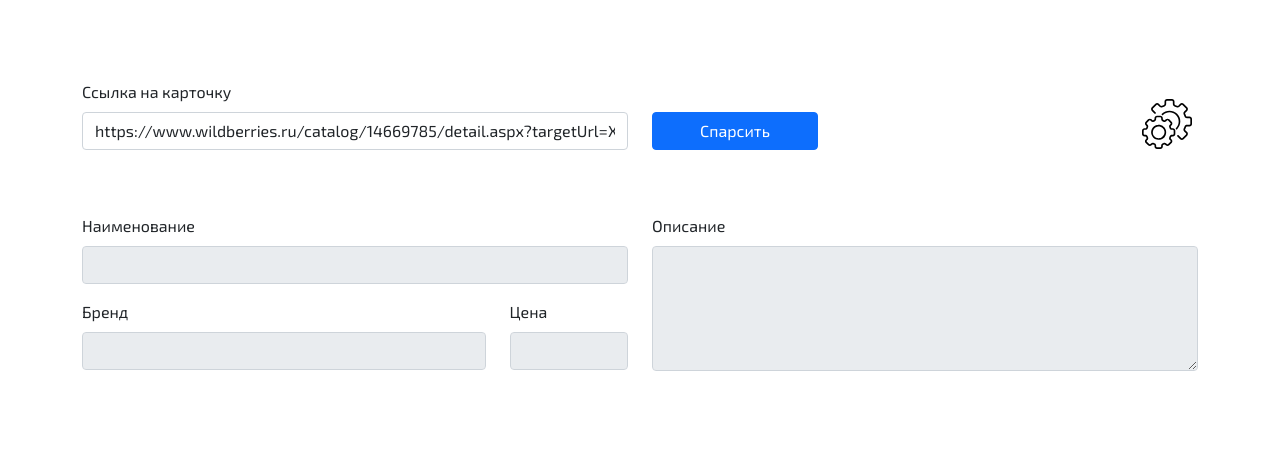
Repository: yozuul/wildberries-product-card-parser-api-exchange
Page: public/panel.html
These files come from the project's save history. The page is drawn as it stood at one moment and after the next save; the edit follows.
The browser window is 1280 px wide. The pictures show the whole page.

Above is the page before, as saved 2021-08-22 19:13:13.

### public/panel.html
<!DOCTYPE html>
<html lang="en">

<head>
   <meta charset="UTF-8">
   <meta http-equiv="X-UA-Compatible" content="IE=edge">
   <meta name="viewport" content="width=device-width, initial-scale=1.0">
   <title>Document</title>
   <link href="https://cdn.jsdelivr.net/npm/bootstrap@5.1.0/dist/css/bootstrap.min.css" rel="stylesheet"
      integrity="sha384-KyZXEAg3QhqLMpG8r+8fhAXLRk2vvoC2f3B09zVXn8CA5QIVfZOJ3BCsw2P0p/We" crossorigin="anonymous">
   <link rel="stylesheet" href="style.css">
</head>

<body>
   <div class="sidebar">
      <!-- <button type="button" class="btn_my mt-2" data-bs-toggle="modal" data-bs-target="#users"><img
            src="images/users.svg" width="50" height="50">
      </button> -->
   </div>
   <div class="modal fade" id="settings" tabindex="-1" aria-labelledby="settingsLabel" aria-hidden="true">
      <div class="modal-dialog">
         <div class="modal-content">
            <div class="modal-header">
               <h5 class="modal-title" id="settingsLabel">Токен API</h5>
               <button type="button" class="btn-close" data-bs-dismiss="modal" aria-label="Закрыть"></button>
            </div>
            <div class="modal-body">
               <form>
                  <div class="mb-3">
                     <textarea type="text" class="form-control" id="token">eyJhbGciOiJIUzI1NiIsInR5cCI6IkpXVCJ9.eyJhY2Nlc3NJRCI6IjU1YzNkMzE2LTExMzYtNGMwYi04MmY5LTY2NTMzZDMzZTNiMyJ9.r1vgQ-uEi4mcr1wizeFSqBRZazao4H34TLrjs3Msch8</textarea>
                  </div>
                  <div>
                     Можно сгенерировать в личном кабинете.<br/>Мой профиль => <a href="https://seller.wildberries.ru/supplier-settings/access-to-new-api">Доступ к новому API</a>
                  </div>
               </form>
            </div>
            <div class="modal-footer">
               <button type="button" class="btn btn-secondary" data-bs-dismiss="modal">Закрыть</button>
               <button type="button" class="btn btn-primary" id="saveToken">Сохранить</button>
            </div>
         </div>
      </div>
   </div>
   <div class="container">
      <div class="row align-items-end">
         <div class="mb-3 col-6">
            <label for="cardProductURL" class="form-label">Ссылка на карточку</label>
            <input type="text" class="form-control" id="cardProductURL"
               value="https://www.wildberries.ru/catalog/14669785/detail.aspx?targetUrl=XS">
         </div>
         <div class="col-2 mb-3">
            <button id="parseCard" class="btn btn-primary col-12">
               <span id="parseCard_inactive">Спарсить</span>
               <div id="parseCard_active" class="spinner dn">
                  <span class="sr-only">Парсим</span>
                  <span class="spinner-grow spinner-grow-sm" role="status" aria-hidden="true"></span>
               </div>
            </button>
         </div>
         <div class="col-2 mb-3">
            <button id="saveCard" class="btn btn-success col-12 dn">
               <span id="saveCard_inactive">Добавить</span>
               <div id="saveCard_active" class="spinner dn">
                  <span class="sr-only">Добавляем</span>
                  <span class="spinner-grow spinner-grow-sm" role="status" aria-hidden="true"></span>
               </div>
            </button>
         </div>
         <div class="col-2 mb-3 d-flex justify-content-end">
            <button type="button" class="btn_my mb-6" data-bs-toggle="modal" data-bs-target="#settings"><img
               src="images/settings.svg" width="50" height="50">
         </button>
         </div>
      </div>
   </div>
   <form class="container mt-5">
      <div class="row">
         <div class="col">
            <!-- Если категория найдена -->
            <div class="mb-3">
               <label for="productName" class="form-label">Наименование</label>
               <input type="text" class="form-control" id="productName" readonly>
            </div>
            <div id="productExtras_wrapper" class="row dn">
               <div class="col-12  mb-3">
                  <label for="productCategory" class="form-label">Категория</label>
                  <select id="productCategory" class="form-select"></select>
               </div>
               <div class="col-12  mb-3">
                  <label for="productTnved" class="form-label">ТНВЭД</label>
                  <select id="productTnved" class="form-select"></select>
               </div>
            </div>
            <!-- Если категория не найдена -->
            <div id="productExtrasNotFound_wrapper" class="row dn">
               <div class="col-12  mb-3">
                  <label for="searchProductCategory" class="form-label">Поиск категории</label>
                  <input type="text" class="form-control" id="searchProductCategory">
               </div>
               <div class="col-12  mb-3">
                  <label for="searchProductTnved" class="form-label">ТНВЭД</label>
                  <input type="text" class="form-control" id="searchProductTnved" readonly>
               </div>
            </div>
            <div class="row mb-3">
               <div class="col-9">
                  <label for="productBrand" class="form-label">Бренд</label>
                  <input type="text" class="form-control" id="productBrand" readonly>
               </div>
               <div class="col-3">
                  <label for="productTnved" class="form-label">Цена</label>
                  <input type="text" class="form-control" id="productPrice" readonly>
               </div>
            </div>
            <div id="productImages_wrapper" class="mb-3 dn">
               <label for="productImages" class="form-label">Изображения</label>
               <div id="productImages" class="row"></div>
            </div>
         </div>
         <div class="col">
            <div id="productConsist_wrapper" class="mb-3 dn">
               <label for="productConsist" class="form-label">Состав</label>
               <input type="text" class="form-control" id="productConsist">
            </div>
            <div class="mb-3">
               <label for="cardProductDesc" class="form-label">Описание</label>
               <textarea type="text" class="form-control" id="cardProductDesc" readonly></textarea>
            </div>
            <div id="productColor_wrapper" class="mb-3 dn">
               <label for="productColor" class="form-label">Цвет</label>
               <input type="text" class="form-control" id="productColor">
            </div>
            <div id="productParams_wrapper" class="mb-3 dn">
               <label class="form-label">Характеристики</label>
               <table id="productParams_table"></table>
            </div>
         </div>
      </div>
   </form>

   <!-- <div class="toast" role="alert" aria-live="assertive" aria-atomic="true">
      <div class="toast-header">
        <img src="..." class="rounded mr-2" alt="...">
        <strong class="mr-auto">Bootstrap</strong>
        <small>11 mins ago</small>
        <button type="button" class="ml-2 mb-1 close" data-dismiss="toast" aria-label="Close">
          <span aria-hidden="true">&times;</span>
        </button>
      </div>
      <div class="toast-body">
        Hello, world! This is a toast message.
      </div>
    </div> -->

    <script src="panel.js"></script>
    <script src="https://cdn.jsdelivr.net/npm/bootstrap@5.1.0/dist/js/bootstrap.bundle.min.js"
    integrity="sha384-U1DAWAznBHeqEIlVSCgzq+c9gqGAJn5c/t99JyeKa9xxaYpSvHU5awsuZVVFIhvj" crossorigin="anonymous">
   </script>
</body>

</html>

### public/style.css
@import url('https://fonts.googleapis.com/css2?family=Exo+2&display=swap');

* {
   font-family: 'Exo 2', sans-serif;
}

body {
   padding: 0;
   margin: 0;
   padding-bottom: 80px;
   padding-top: 80px;
}
.dn {
   display: none;
}
.parser_form_wrapper {
   margin-top: 50px;
}
#cardProductDesc {
   height: 125px;
}
#cardProductDesc.max_height_desc {
   height: 210px;
}
/* .imageItem {
   max-width: 100px;
   margin-right: 5px;
} */
.imageItem img {
   max-width: 100%;
   height: auto;
   margin-bottom: 20px;
   border: 1px solid #eee;
}
#productParams_table th {
   width: 60%;
   /* text-align: right;
   padding-right: 40px; */
}
#productParams_table td {
   width: 40%;
}
/* .productImages {
   display: flex;
} */
.btn_my {
   background: none;
   border: none;
   outline: none;
}
.sidebar {
   width: 60px;
   position: fixed;
   top: 90px;
   left: 10px;
}
#token {
   height: 90px;
   resize: none;
}
/* .productFormWrapper, .parseFormWrapper {
   max-width: 1200px;
   margin: auto;
   padding-top: 25px;
   padding-bottom: 25px;
}
.parseFormWrapper {
   border-bottom: 1px dotted #9999;
}
.productFormWrapper {
   display: flex;
}
.productFormWrapperLeft {
   margin-right: 50px;
}
.parseForm {
   display: flex;
   flex-wrap: wrap;
   max-width: 550px;
}
.parseForm input {
   width: 550px;
   margin-bottom: 20px;
}
.productForm {
}
.productForm input, .productForm textarea {
   width: 550px;
}
.productForm textarea {
   height: 100px;
   resize: none;
}
.parseFormWrapper p, .productFormWrapper p {
   margin-bottom: 8px;
   margin-top: 0;
}
.inputWrapper {
   margin-bottom: 15px;
} */

### public/panel.js
const query = (el) => document.querySelector(el)
const queryAll = (el) => document.querySelectorAll(el)

class Panel {
   constructor(api, button, element, input) {
      this.api = api
      this.button = button
      this.element = element
      this.input = input
   }

   waitParse() {
      this.parseButtonControl()
      this.addProductButtonControl()
   }

   addProductButtonControl() {
      this.button.saveCard.onclick = async () => {
         const updatedFields = this.getUpdatedFields()
         const objectData = this.prepareObjectData(this.parseData, updatedFields)
         const addCard = await this.apiFetch(this.api.addCard, objectData)
         console.log(objectData);
      }
   }

   prepareObjectData(parseData, updatedFields) {

      const params = parseData.details.params
      const cardData = {
         params: {
            card: [{
               countryProduction: params['Страна производства'],
               supplierVendorCode: parseData.extras.supplierVendorCode,
               object: parseData.cardProductName,
               addin: [{
                     type: 'Состав',
                     params: [{
                        value: 'Хлопок',
                        count: 80
                     }]
                  },
                  {
                     type: 'Тнвэд',
                     params: [{
                        value: updatedFields.productTnved.split('--')[0]
                     }]
                  },
                  {
                     type: 'Бренд',
                     params: [{
                        value: updatedFields.cardProductBrand
                     }]
                  },
                  {
                     type: 'Комплектация',
                     params: [{
                        value: params['Комплектация']
                     }]
                  },
                  {
                     type: 'Пол',
                     params: [{
                        value: params['Пол']
                     }]
                  },
                  {
                     type: 'Описание',
                     params: [{
                        value: updatedFields.cardProductDesc
                     }]
                  },
                  {
                     type: 'Ключевые слова',
                     params: [{
                        value: 'Худи'
                     }]
                  }
               ],
               nomenclatures: [{
                  vendorCode: Math.floor(Math.random() * 1000000000),
                  variations: [{
                     barcode: parseData.extras.barcode,
                     addin: [{
                           type: 'Розничная цена',
                           params: [{
                              count: parseInt(updatedFields.cardProductPrice)
                           }]
                        },
                        {
                           type: 'Размер',
                           params: [{
                              value: "56"
                           }]
                        },
                        {
                           type: 'Рос. размер',
                           params: [{
                              value: "56"
                           }]
                        }
                     ]
                  }],
                  addin: [{
                        type: "Основной цвет",
                        params: [{
                           value: updatedFields.productColor
                        }]
                     },
                     {
                        type: "Фото",
                        params: []
                     }
                  ]
               }]
            }]
         },
         // jsonrpc: "2.0",
         id: parseData.extras.uuid
      }

      // console.log(cardData);
        return cardData
   }

   getUpdatedFields() {
      const category =  select.productCategory
      let activeCategory = 'nocat'
      if(category.options[category.selectedIndex]) {
         activeCategory = category.options[category.selectedIndex].text
      }

      const tnved =  select.productTnved
      let activeTnved = 'notnved'
      if(tnved.options[category.selectedIndex]) {
         activeTnved = tnved.options[category.selectedIndex].text
      }

      const fields = {
         cardProductName: input.cardProductName.value,
         productCategory: activeCategory,
         productTnved: activeTnved,
         cardProductBrand: input.cardProductBrand.value,
         cardProductPrice: input.cardProductPrice.value,
         productConsist: input.productConsist.value,
         cardProductDesc: textarea.cardProductDesc.value,
         productColor: input.productColor.value
      }

      return fields
   }

   parseButtonControl() {
      this.button.parseCard.onclick = async () => {
         this.cleanHideDynamicBlocks()
         this.toggleSpinner('on')
         // Получение данных
         let parseData = await this.apiFetch(this.api.parseCard, {data: input.cardProductURL.value})
         // console.log(parseData);
         parseData.extras = await this.apiFetch(this.api.getAdditionalCardData, parseData)
         this.parseData = parseData
         this.passDataToFields(parseData)
      }
   }

   passDataToFields(data) {
      // Основные данные товара
      const commonDataFields = {
         cardProductName: input.cardProductName,
         cardProductBrand: input.cardProductBrand,
         cardProductPrice: input.cardProductPrice
      }
      for(let input in commonDataFields) {
         commonDataFields[input].removeAttribute('readonly')
         commonDataFields[input].value = data[input]
      }

      // Изображения
      if(data.cardProductImages) {
         this.element.productImages_wrapper.classList.remove('dn')
         data.cardProductImages.reverse()
         const imagesBlock = query('#productImages')
         let imgNum = 0
         for(let image of data.cardProductImages) {
            const divTag = `<div class='col-3 imageItem'><img src="${image}"></div>`
            imagesBlock.insertAdjacentHTML('afterbegin', divTag)
            imgNum++
         }
      }
      // Состав
      const detailConsist = data.details.consist
      if(detailConsist) {
         element.productConsist_wrapper.classList.remove('dn')
         input.productConsist.value = detailConsist
      } else {
         element.productConsist_wrapper.classList.add('dn')
      }
      // Описание
      const detailDesc = data.details.desc
      if(detailDesc) {
         textarea.cardProductDesc.removeAttribute('readonly')
         textarea.cardProductDesc.classList.add('max_height_desc')
         textarea.cardProductDesc.value = detailDesc
      }
      // Цвет
      const productColor = data.cardProductColor
      if(productColor) {
         element.productColor_wrapper.classList.remove('dn')
         input.productColor.value = productColor
      } else {
         element.productColor_wrapper.classList.add('dn')
      }
      // Характеристики
      const detailParams = data.details.params
      if(detailParams) {
         element.productParams_wrapper.classList.remove('dn')

         for(let name in detailParams) {
            const paramRow = `<tr><th>${name}</th><td>${detailParams[name]}</td></tr>`
            element.productParams_table.insertAdjacentHTML('afterbegin', paramRow)
         }
      } else {
         element.productParams_wrapper.classList.add('dn')
      }
      // Категория
      const direcoryList = data.extras.direcoryList
      if(direcoryList) {
         let num = 1
         for(let direcory in direcoryList) {
            const dirOptionRow = `<option value="${num}">${direcory}</option>`
            select.productCategory.insertAdjacentHTML('afterbegin', dirOptionRow)
            num++
         }
         element.productExtras.classList.remove('dn')
      }
      // ТВЭНД
      const tvendList = data.extras.tnvedList
      if(tvendList) {
         let num = 1
         for(let tvend of tvendList) {
            const tvendOptionRow = `<option value="${num}">${tvend.tnvedCode}${tvend.description}</option>`
            select.productTnved.insertAdjacentHTML('afterbegin', tvendOptionRow)
            num++
         }
         element.productExtras.classList.remove('dn')
      }

      this.button.saveCard.classList.remove('dn')
      this.toggleSpinner('off')
   }

   async apiFetch(apiURL, jsonData) {
      try {
         const response = await fetch(apiURL, {
            method: 'POST',
            body: JSON.stringify(jsonData),
            headers: { 'Content-Type': 'application/json' }
         })
         return await response.json()
      } catch (error) {
         console.error('Error fetching:', error);
      }
   }

   cleanHideDynamicBlocks() {
      // Кнопка сохранения
      this.button.saveCard.classList.add('dn')
      // Блок изображений
      this.element.productImages_wrapper.classList.add('dn')
      // Блок характеристик
      this.element.productParams_wrapper.classList.add('dn')
      // Блок категорий
      this.element.productExtras.classList.add('dn')
      // Удаляем изображения и характеристики
      const cleanInside = [
         queryAll('#productImages div'),
         queryAll('#productParams_table tr'),
         queryAll('#productExtras_wrapper option')
      ]
      for(let items of cleanInside) {
         if(items.length > 0) {
            Array.from(items).map((i) => i.remove())
         }
      }
   }

   toggleSpinner(mode) {
      if(mode == 'on') {
         this.element.parseCard_inactive.classList.add('dn')
         this.button.parseCard.setAttribute('disbale', '')
         this.element.parseCard_active.classList.remove('dn')
      } else {
         this.element.parseCard_active.classList.add('dn')
         this.button.parseCard.removeAttribute('disbale')
         this.element.parseCard_inactive.classList.remove('dn')
      }
   }
}

// Запросы на внутренний API
const apiHost = 'http://localhost:3000'
const api = {
   parseCard: `${apiHost}/parseCard`,
   getAdditionalCardData: `${apiHost}/getAdditionalCardData`,
   addCard: `${apiHost}/addCard`,
}
// Поля формы
const input = {
   cardProductURL: query('#cardProductURL'),
   cardProductName: query('#productName'),
   cardProductBrand: query('#productBrand'),
   cardProductPrice: query('#productPrice'),
   productConsist: query('#productConsist'),
   productDesc: query('#productDesc'),
   productColor: query('#productColor'),
}
// Кнопки управления формой
const button = {
   parseCard: query('#parseCard'),
   saveCard: query('#saveCard'),
}
// Селекты
const select = {
   productCategory: query('#productCategory'),
   productTnved: query('#productTnved'),
}
// Интерактивные элементы
const element = {
   parseCard_inactive: query('#parseCard_inactive'),
   parseCard_active: query('#parseCard_active'),
   saveCard_inactive: query('#saveCard_inactive'),
   saveCard_active: query('#saveCard_active'),
   productExtras: query('#productExtras_wrapper'),
   productImages_wrapper: query('#productImages_wrapper'),
   productConsist_wrapper: query('#productConsist_wrapper'),
   productParams_wrapper: query('#productParams_wrapper'),
   productColor_wrapper: query('#productColor_wrapper'),
   productParams_table: query('#productParams_table'),
}
const textarea = {
   cardProductDesc: query('#cardProductDesc')
}

new Panel(api, button, element, input, select).waitParse()

After the next save:
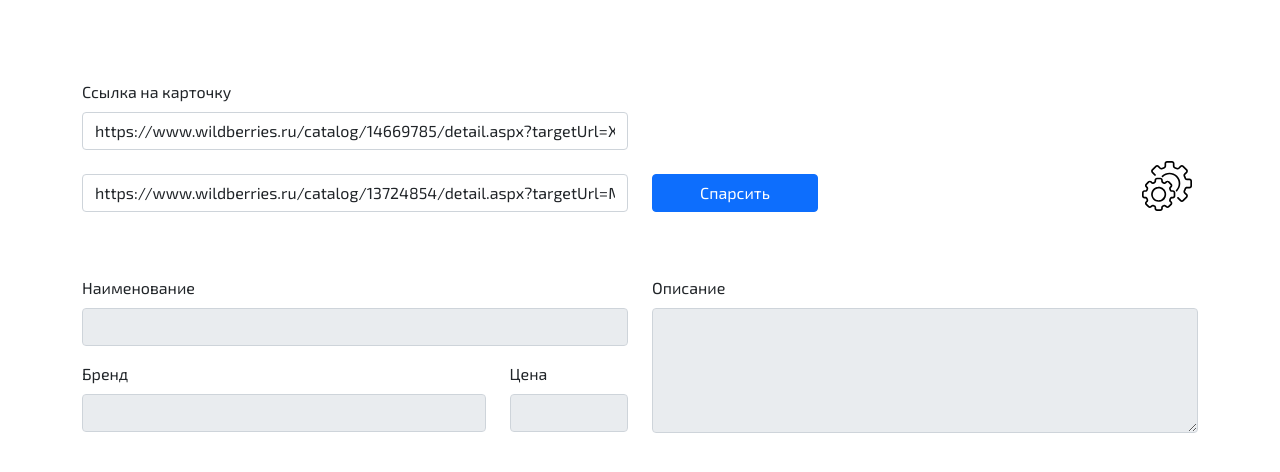
Saved 11 min 48 s later.
--- a/public/panel.html
+++ b/public/panel.html
@@ -46,7 +46,9 @@
          <div class="mb-3 col-6">
             <label for="cardProductURL" class="form-label">Ссылка на карточку</label>
             <input type="text" class="form-control" id="cardProductURL"
-               value="https://www.wildberries.ru/catalog/14669785/detail.aspx?targetUrl=XS">
+               value="https://www.wildberries.ru/catalog/14669785/detail.aspx?targetUrl=XS"><br>
+            <input type="text" class="form-control" id="cardProductURL2"
+               value="https://www.wildberries.ru/catalog/13724854/detail.aspx?targetUrl=MI">
          </div>
          <div class="col-2 mb-3">
             <button id="parseCard" class="btn btn-primary col-12">
